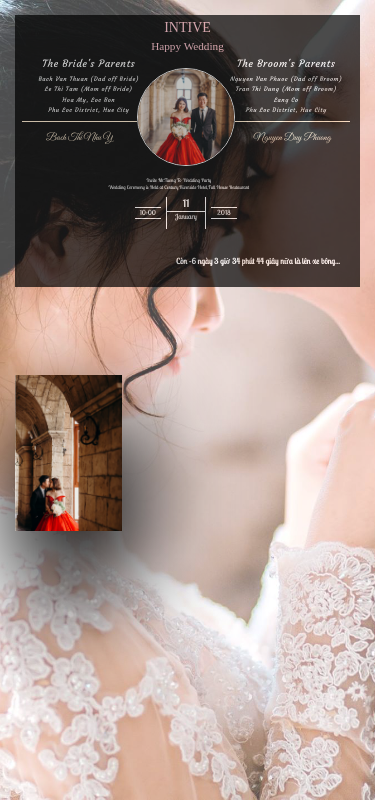
Repository: nguyenhuutuong999/WeddingOfSister
Page: wedding.html
These files come from the project's save history. The page is drawn as it stood at one moment and after the next save; the edit follows.
The browser window is 375 px wide. The pictures show the whole page.
Some web fonts or font styles are not loaded; a fallback is used.

Above is the page before, as saved 2019-09-16 21:10:53.

### wedding.html
<!doctype html>
<html>

<head>
    <meta charset="utf-8">
    <meta name="viewport" content="width=device-width, initial-scale=1">
    <title>Wedding</title>

    <!-- Latest compiled and minified CSS & JS -->

    <link rel="stylesheet" href="./style.css">


    <!-- Latest compiled and minified CSS & JS -->
    <link rel="stylesheet" media="screen" href="//netdna.bootstrapcdn.com/bootstrap/3.3.4/css/bootstrap.min.css">
    <script src="//code.jquery.com/jquery.js"></script>
    <script src="//netdna.bootstrapcdn.com/bootstrap/3.3.4/js/bootstrap.min.js"></script>

    <link rel="stylesheet" href="./animate.css">
    <script type="text/javascript" src="./wow.min.js"></script>
    <script>
        new WOW().init();
    </script>

</head>


<body>
    <div id="container">
        <div id="opacity-background"></div>

        <div id="album">

            <img name="image_vh" src="./images/vh1.jpg" class="wow slideInLeft" data-wow-duration="1s">
        </div>
        <div id="content">
            <h1 id="invite">INTIVE</h1>
            <h2 id="happy">Happy Wedding</h2>
            <div id="infor">
                <div id="bride" class="wedding">
                    <!-- // <label>Le Thi Thanh Ngan</label> -->
                    <h3>The Bride's Parents</h3>
                    <p>Bach Van Thuan (Dad off Bride)</p>
                    <p>Le Thi Tam (Mom off Bride)</p>
                    <p>Hoa My, Loc Bon</p>
                    <p>Phu Loc District, Hue City</p>

                </div>
                <div id="broom" class="wedding">
                    <!--  -->
                    <h3>The Broom's Parents</h3>
                    <p>Nguyen Van Phuoc (Dad off Broom)</p>
                    <p>Tran Thi Dung (Mom off Broom)</p>
                    <p>Lang Co</p>
                    <p>Phu Loc District, Hue City</p>

                </div>
                <!-- <canvas id="myCanvas" width="470" height="300"></canvas> -->

            </div>
            <div id="colorful">
                <h2 style="margin-left: 0px;" class="name">Bach Thi Nhu Y</h2>
                <img name="image_s" id="radius" src="./images/s1.jpg" class="wow zoomIn" data-wow-duration="1s" />
                <h2 style="margin-left: 0px;" class="name">Nguyen Duy Phuong</h2>
            </div>
            <div id="desc">
                <div style="color: white; position: relative; margin-top: 38%;">Invite Mr.Tuong To Wedding Party</div>
                <div id="place">Wedding Ceremony is Held at Century Riverside Hotel,Full House Restaurant</div>
                <div id="time">
                    <div id="hour" class="border1">10:00</div>
                    <div id="day-month">
                        <div id="day">11</div>
                        <div id="month">January</div>
                    </div>
                    <div id="year" class="border1">2018</div>
                </div>

            </div>
            <p id="countDown"></p>
        </div>

</body>

</html>
<script type="text/javascript">
    window.onload = function () {

        setTimeout("switchImageVH()", 3000);
        setTimeout("switchImageS()", 2000);
        setTimeout("switchImageHH()", 2000);
    }
    var current_vh = 1;
    var num_image_vh = 13;

    var current_s = 1;
    var num_image_s = 7

    var current_hh = 1;
    var num_image_hh = 9;

    function switchImageVH() {
        current_vh++;
        document.images['image_vh'].src = './images/vh' + current_vh + '.jpg';

        if (current_vh < num_image_vh) {
            setTimeout("switchImageVH()", 3000);

        } else if (current_vh == num_image_vh) {

            current_vh = 1;
            setTimeout("switchImageVH()", 3000);
        }


    }
    function switchImageS() {
        current_s++;
        document.images['image_s'].src = './images/s' + current_s + '.jpg';

        if (current_s < num_image_s) {
            setTimeout("switchImageS()", 4000);

        } else if (current_s == num_image_s) {
            current_s = 1;
            setTimeout("switchImageS()", 4000);
        }
    }
    function switchImageHH() {
        current_hh++;
        document.images['image_s'].src = './images/s' + current_hh + '.jpg';

        if (current_hh < num_image_s) {
            setTimeout("switchImageS()", 4000);

        } else if (current_hh == num_image_s) {
            current_hh = 1;
            setTimeout("switchImageS()", 4000);
        }
    }


    var dateWedding = {

        date: 10,
        hour: 23,
        minutes: 59,
        second: 59,
    }

    setInterval(function () {
        var today = new Date();
        var date = "Còn " + (dateWedding.date - today.getDate()) + " ngày " + (dateWedding.hour - today.getHours()) + " giờ " + (dateWedding.minutes - today.getMinutes()) + " phút " + (dateWedding.second - today.getSeconds() + " giây nữa là lên xe bông...");
        document.getElementById("countDown").innerHTML = date;
    }, 1000);



    // var canvas = document.getElementById('myCanvas');
    // var context = canvas.getContext('2d');

    // // Xác đinh tâm là trọng tâm của Canvas
    // var x = canvas.width / 2;
    // var y = canvas.height / 2;

    // // bán kính 75px
    // var radius = 130;

    // // Góc bắt đầu là 1.1PI
    // var startAngle = 1.1 * Math.PI;

    // // Góc kết thúc là 1.9PI
    // var endAngle = 1.9 * Math.PI;

    // // Cùng chiều kim đồng hồ
    // var counterClockwise = false;

    // // Vẽ đường cung
    // context.beginPath();
    // context.arc(x, y, radius, startAngle, endAngle, counterClockwise);
    // context.lineWidth = 1.5;

    // // line color
    // context.strokeStyle = 'blanchedalmond';
    // context.stroke();


</script>

### style.css
@import url('https://fonts.googleapis.com/css?family=Great+Vibes&display=swap');
@import url('https://fonts.googleapis.com/css?family=Cookie&display=swap');
@import url('https://fonts.googleapis.com/css?family=Courgette&display=swap');
@import url('https://fonts.googleapis.com/css?family=Berkshire+Swash|Great+Vibes&display=swap');
@import url('https://fonts.googleapis.com/css?family=Lobster+Two&display=swap');
body,html{
    top:0;
    margin: 0;
    padding: 0;
    font-family: Impact, Haettenschweiler, 'Arial Narrow Bold', sans-serif;
    width: 100%;
    height: 100%;
}

#container{
    display: flex;
    background-image: url("./images/wedding6.jpg.png");
    background-repeat: repeat;
    background-size: cover;
    width: 100%;
    height: 100%;
    position: relative;
}
#opacity-background{

    position: absolute;
    top: 0;
    left: 0;
    width: 100%;
    height: 100%;
    background:white;
    opacity: 0.3;

}

#content{

    position: relative;
    background: rgb(0, 0, 0);
    opacity: 0.7;
    width: 59%;
    margin: 4% 1% 4% 0;

}
#album {
    width: 30%;
    position: relative;
    margin: 4% 1% 4% 4%;
}
#album img{

    width: 95%;
    box-shadow: 10px 50px 100px 10px black;
}

#invite{
    font-family: 'Berkshire Swash', cursive;
    color: pink;
    text-align: center;
    font-size: 40px;
}
#happy{
    font-family: 'Berkshire Swash', cursive;
    color: pink;
    text-align: center;
}
#infor{
    color: white;
    font-family: 'Courgette', cursive;
    font-size: 10px;
    display: flex;
    position: absolute;
    padding: 10px 50px;
    width: 100%;
}
.wedding{
    width: calc(100%/2);
    letter-spacing: 2px;
    text-align: center;
    line-height: 5px;
}
#colorful{
    color: white;
    font-family: 'Great Vibes', cursive;
    display: flex;
    margin-top: 0px;
    position: absolute;
    text-align: center;
    width: 95%;
    align-items: center;
    margin-top: 50px;
    margin-left: 2%;

}
.name{
    border-style: solid;
    border-width: 1px 0 0 0;
    padding:  20px 0;
    margin-top: 50px;
    color: blanchedalmond;
    width: 35%;
    font-size: 25px;
}
#radius{
    border-radius: 100%;
    border: solid 1.5px white;
    width: 30%;
}

#desc{
    position: relative;
    color: white;
    font-family: 'Lobster Two', cursive;
    font-size: 20px;
    margin-top: 00%;
    text-align: center;
    width: 95%;
}



#time{
    display: flex;
    position: relative;
    width: 40%;
    margin-left: 41%;
}
#hour{
    margin: 40px 5px;
}

#year{

    margin: 40px 5px;
}
.border1{
    border-style: solid;
    border-width: 0.1px 0;
    width: 50px;
}
#day-month{
    border-style: solid;
    border-width: 0 1.5px;
    width: 90px;
    margin: 20px 0;
}
#day{
    border-style: solid;
    border-width: 0 0 1px 0;
    width: 89px;

    font-size: 30px;
    font-weight: bold;
}
/* #myCanvas{
    position: absolute;
    margin-top: 110px;
    margin-left: 185px;


} */

#bride{
    margin-left: 10px;
}
#broom{
    margin-left: 200px;
}
#countDown{
    position: relative;
    font-family: 'Lobster Two', cursive;
    color: white;
    text-align: right;
    font-size: 20px;
    font-weight: bold;
    margin-top: 0%;

    padding: 20px;
}

@media only screen and (max-width: 600px) {

    #container{
        display: inline-block;
        background-image: url("./images/wedding5.jpg");
        background-repeat: repeat;
        background-size: cover;
        width: 100%;
        height: 100%;
        position: relative;
    }
    #invite{

        margin-top: 0px;
        padding: 5px;
        font-size: 1em;
    }
    #happy{
        font-size: 0.8em;
        margin-top: -10px;
    }
    #infor{
        margin-top: -30px;
        font-size: 5px;
        padding: 5px 10px;
    }
    .wedding h3{
        font-size: 10px;
    }
    .wedding{
        width: calc(100%);
        letter-spacing: 0.5px;
        font-size:6px;
        line-height: 0.5px;
    }
    #album img{

        width: 90%;
        box-shadow: 10px 50px 100px 10px black;
    }
    #bride{
        margin-left: 0px;
    }
    #broom{
        margin-left: 70px;
    }
    #colorful{
        width: 95%;
        margin-top: 5px;
        margin-left: 2%;

    }
    .name{
        padding:  10px 0;
        font-size: 10px;
    }
    #radius{
        border: solid 0.5px white;
    }

    #desc{
        position: relative;
        color: white;
        font-family: 'Lobster Two', cursive;
        font-size: 5px;
        margin-top: 30%;
        text-align: center;
        width: 95%;
    }

    #time{
        display: flex;
        position: relative;
        width: 40%;
        margin-left: 35%;
        margin-top: -30px;
        font-size: 7px;
    }
    #hour{
        margin: 45px 5px;
        width: 20%;
    }

    #year{
        width: 20%;
        margin: 45px 5px;
    }

    #day-month{
        border-width: 0 1px;
        width: 40px;
        margin: 35px 0;
    }
    #day{
        width: 100%;
        font-size: 10px;

    }
    #countDown{

        font-size: 8px;
        margin-top: -8%;

    }
    #content{

        position: relative;
        background: rgb(0, 0, 0);
        opacity: 0.7;
        width: 92%;
        margin: 4%;

    }
    #album {
        width: 30%;
        position: absolute;
        margin: 100% 1% 4% 4%;
    }
    #album img{

        width: 95%;
        box-shadow: 10px 50px 100px 10px black;
    }
  }

/* @media only screen and (max-width: 600px) {
    #invite{
        margin-top: 5px;
        font-size: 1em;
    }
    #happy{
        font-size: 0.8em;
        margin-top: -10px;
    }
    #infor{
        margin-top: -30px;
        font-size: 5px;
        padding: 5px 10px;
    }
    .wedding h3{
        font-size: 8px;
    }
    .wedding{
        width: calc(100%);
        letter-spacing: 0.5px;
        font-size:5px;
        line-height: 0.5px;
    }
    #album img{

        width: 90%;
        box-shadow: 10px 50px 100px 10px black;
    }
    #bride{
        margin-left: 0px;
    }
    #broom{
        margin-left: 70px;
    }
    #colorful{
        width: 95%;
        margin-top: 5px;
        margin-left: 2%;

    }
    .name{
        padding:  10px 0;
        font-size: 10px;
    }
    #radius{
        border: solid 0.5px white;
    }

    #desc{
        position: relative;
        color: white;
        font-family: 'Lobster Two', cursive;
        font-size: 5px;
        margin-top: 30%;
        text-align: center;
        width: 95%;
    }

    #time{
        display: flex;
        position: relative;
        width: 40%;
        margin-left: 32%;
        margin-top: -30px;
        font-size: 7px;
    }
    #hour{
        margin: 45px 5px;
    }

    #year{

        margin: 45px 5px;
    }

    #day-month{
        border-width: 0 1px;
        width: 90px;
        margin: 35px 0;
    }
    #day{
        width: 100%;
        font-size: 10px;

    }
    #countDown{

        font-size: 8px;
        margin-top: -18%;

    }#content{

        position: relative;
        background: rgb(0, 0, 0);
        opacity: 0.7;
        width: 61%;
        margin: 4% 1px 0% 0;

    }
    #album {
        width: 30%;
        position: relative;
        margin: 4% 1% 4% 4%;
    }
    #album img{

        width: 95%;
        box-shadow: 10px 50px 100px 10px black;
    }
  } */

Loaded but not shown: animate.css (library); wow.min.js (library)

After the next save:
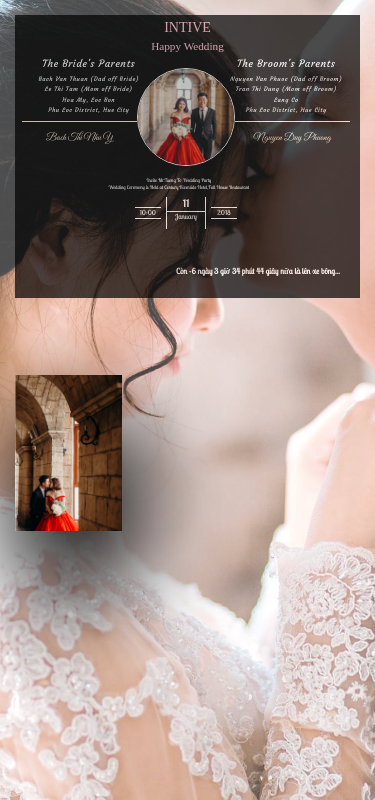
Saved 7 s later.
--- a/style.css
+++ b/style.css
@@ -279,7 +279,7 @@ body,html{
     #countDown{
 
         font-size: 8px;
-        margin-top: -8%;
+        margin-top: -5%;
 
     }
     #content{
